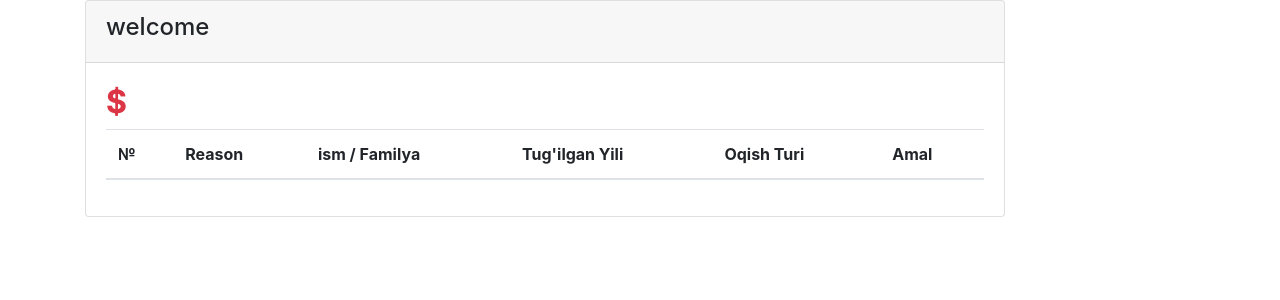
Repository: surefaceJS/allMyWorkInaliLinux
Page: hardcha/index.html
An editor plug-in stored every save of this project. The page is shown before and after the next save, followed by the edit.
The browser window is 1280 px wide. The pictures show the whole page.

Above is the page before, as saved 2021-04-19 11:31:55.

After the next save:
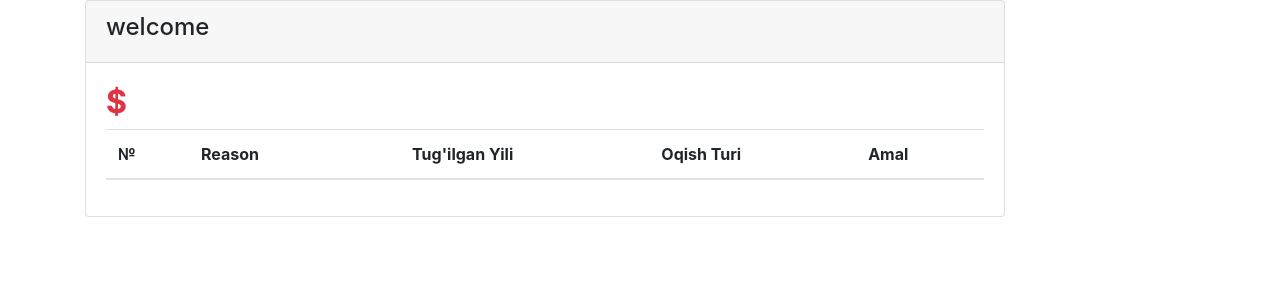
Saved 6 s later.
--- a/hardcha/index.html
+++ b/hardcha/index.html
@@ -31,7 +31,7 @@
                                 <tr>
                                     <th>№</th>
                                     <th>Reason</th>
-                                    <th>ism / Familya</th>
+                                    <th></th>
                                     <th>Tug'ilgan Yili</th>
                                     <th>Oqish Turi</th>
                                     <th>Amal</th>
